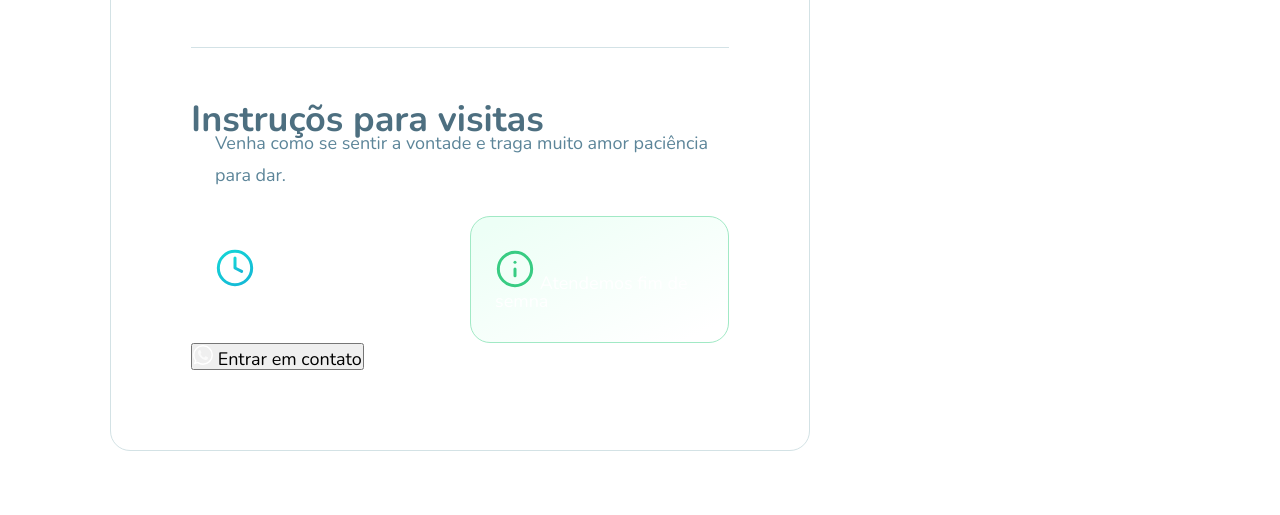
Repository: SrtaPoe/nlw
Page: orphanage.html
These files come from the project's save history. The page is drawn as it stood at one moment and after the next save; the edit follows.
The browser window is 1280 px wide. The pictures show the part of the page from y = 1116 to 1631 px (the page is 1631 px tall).
Some web libraries are served in a nearby version.

Above is the page before, as saved 2020-10-17 18:09:49.

After the next save:
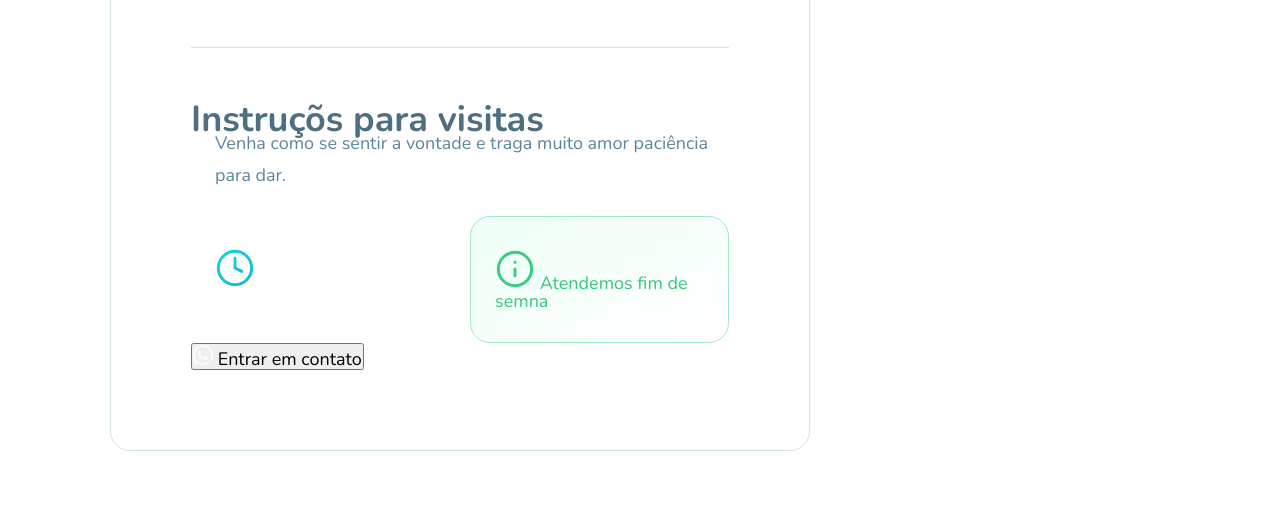
Saved 2 min 24 s later.
--- a/public/css/page-orphanage.css
+++ b/public/css/page-orphanage.css
@@ -154,10 +154,12 @@
     background: linear-gradient(149.97deg, #E6F7FB 8.13%, #FFFFFF 92.67%);
     border: 1px solid #b3dae2;
     border-radius: 20px;
+    color: #5c8599;
 }
 
 .open-details .open-on-weekends {
     background: linear-gradient(154.16deg, #edfff6 7.85%, #FFFFFF 91.03%);
     border: 1px solid #a1e9c5;
     border-radius: 20px;
+    color: #37c77f;
 }
